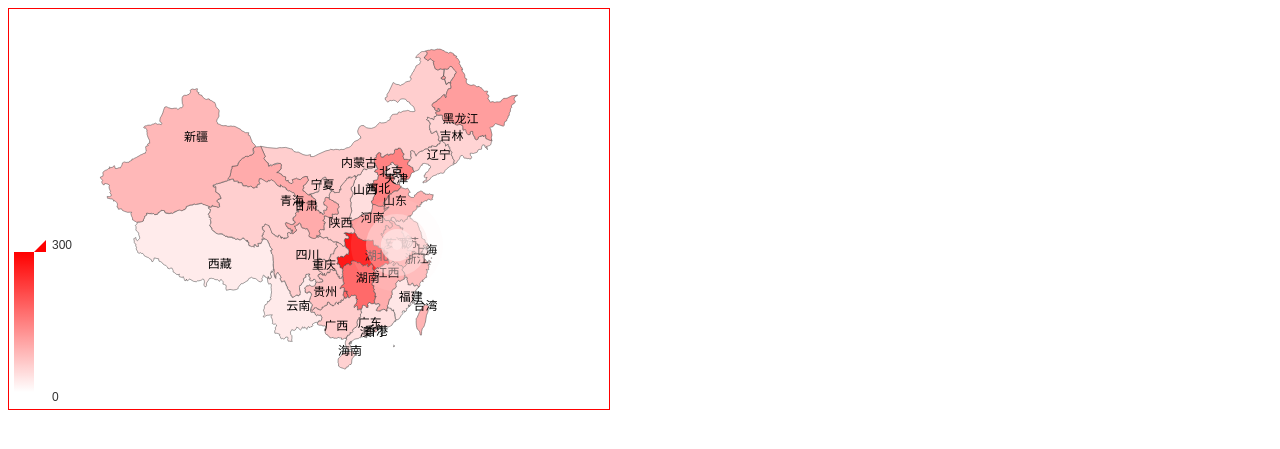
Repository: 572031690/echartssimple
Page: 21.地图常见效果_地图和散点图结合.html
The author's editor kept a copy of each file at every save. The page is drawn from the files as they stood at one save, then again after the next save.
The browser window is 1280 px wide. The pictures show the whole page.

Above is the page before, as saved 2021-08-02 17:24:33.

### 21.地图常见效果_地图和散点图结合.html
<!DOCTYPE html>
<html lang="en">

<head>
  <meta charset="UTF-8">
  <meta name="viewport" content="width=device-width, initial-scale=1.0">
  <meta http-equiv="X-UA-Compatible" content="ie=edge">
  <title>Document</title>
  <script src="lib/echarts.min.js"></script>
  <script src="lib/jquery.min.js"></script>
</head>

<body>
  <div style="width: 600px;height:400px;border: 1px solid #f00"></div>

  <script>
    //1. 给series下增加一个新的对象
    //2. 准备数据散点数据  , 配置给series下的另外一个对象
    //3. 配置series下的新对象的type值为effectScatter
    //4. 指明散点图的坐标系统为geo
    //5. 调整涟漪动画效果
    var airData = [
      { name: '北京', value: 39.92 },
      { name: '天津', value: 39.13 },
      { name: '上海', value: 31.22 },
      { name: '重庆', value: 66 },
      { name: '河北', value: 147 },
      { name: '河南', value: 113 },
      { name: '云南', value: 25.04 },
      { name: '辽宁', value: 50 },
      { name: '黑龙江', value: 114 },
      { name: '湖南', value: 175 },
      { name: '安徽', value: 117 },
      { name: '山东', value: 92 },
      { name: '新疆', value: 84 },
      { name: '江苏', value: 67 },
      { name: '浙江', value: 84 },
      { name: '江西', value: 96 },
      { name: '湖北', value: 273 },
      { name: '广西', value: 59 },
      { name: '甘肃', value: 99 },
      { name: '山西', value: 39 },
      { name: '内蒙古', value: 58 },
      { name: '陕西', value: 61 },
      { name: '吉林', value: 51 },
      { name: '福建', value: 29 },
      { name: '贵州', value: 71 },
      { name: '广东', value: 38 },
      { name: '青海', value: 57 },
      { name: '西藏', value: 24 },
      { name: '四川', value: 58 },
      { name: '宁夏', value: 52 },
      { name: '海南', value: 54 },
      { name: '台湾', value: 88 },
      { name: '香港', value: 66 },
      { name: '澳门', value: 77 },
      { name: '南海诸岛', value: 55 }
    ]
    var scatterData = [
      {
        value: [117.283042, 31.86119]
      }
    ]
    var mCharts = echarts.init(document.querySelector("div"))
    $.get('json/map/china.json', function (ret) {
      // ret 就是中国的各个省份的矢量地图数据
      console.log(ret)
      echarts.registerMap('chinaMap', ret)
      var option = {
        geo: {
          type: 'map',
          map: 'chinaMap', // chinaMap需要和registerMap中的第一个参数保持一致
          roam: true, // 设置允许缩放以及拖动的效果
          label: {
            show: true // 展示标签
          }
        },
        series: [
          {
            data: airData,
            geoIndex: 0, // 将空气质量的数据和第0个geo配置关联在一起
            type: 'map'
          },
          {
            data: scatterData, // 配置散点的坐标数据
            type: 'effectScatter',
            coordinateSystem: 'geo', // 指明散点使用的坐标系统  geo的坐标系统
            rippleEffect: {
              scale: 10 // 设置涟漪动画的缩放比例
            }
          }
        ],
        visualMap: {
          min: 0,
          max: 300,
          inRange: {
            color: ['white', 'red'] // 控制颜色渐变的范围
          },
          calculable: true // 出现滑块
        }
      }
      mCharts.setOption(option)
    })

  </script>
</body>

</html>

Loaded but not shown: lib/echarts.min.js (library); lib/jquery.min.js (library); json/map/china.json (common file)

After the next save:
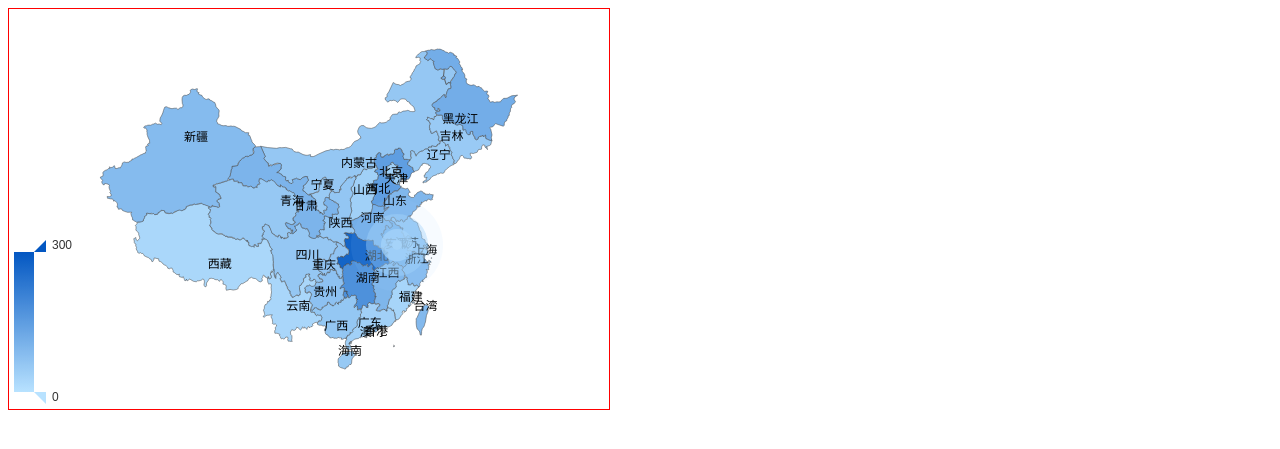
Saved 8 days later.
--- a/21.地图常见效果_地图和散点图结合.html
+++ b/21.地图常见效果_地图和散点图结合.html
@@ -94,7 +94,7 @@
           min: 0,
           max: 300,
           inRange: {
-            color: ['white', 'red'] // 控制颜色渐变的范围
+            color: ['#B8E2FF', '#0357C2'] // 控制颜色渐变的范围
           },
           calculable: true // 出现滑块
         }
